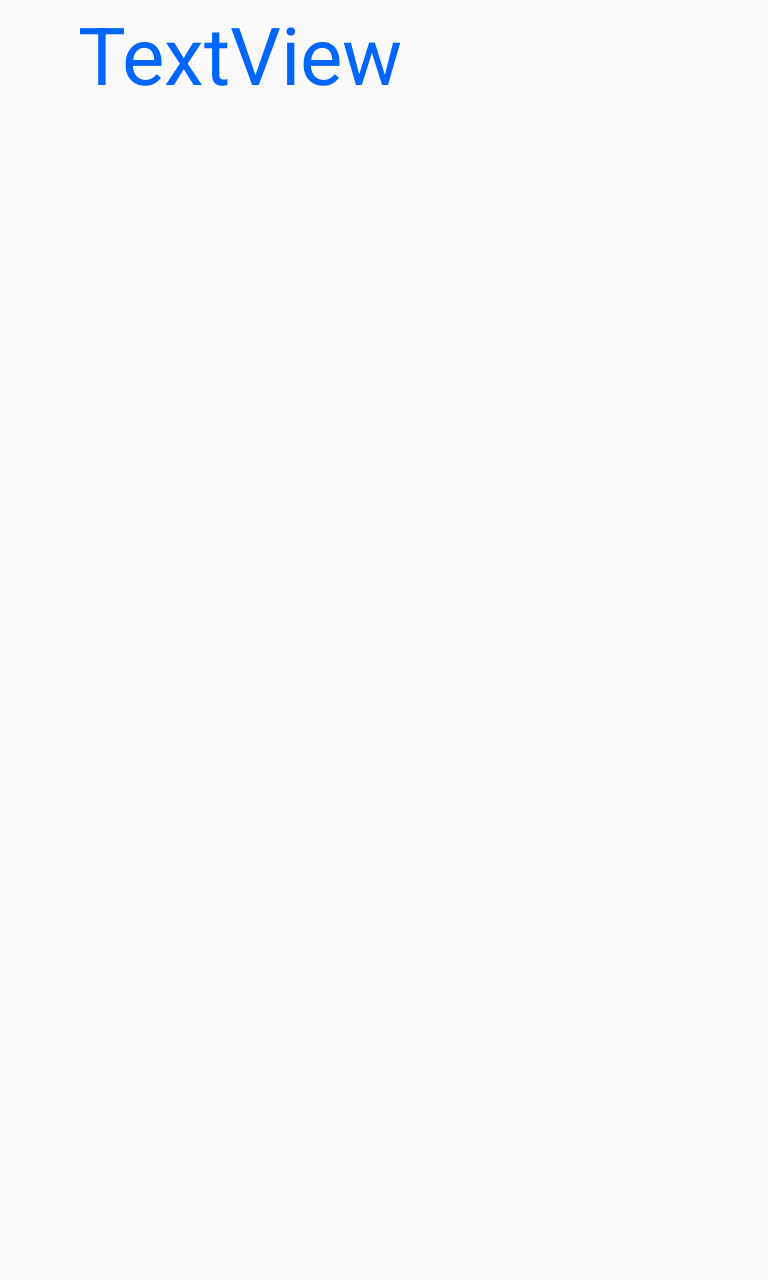
Repository: HelloLZ/WeatherReport
Layout: SunnyWeather/SunnyWeather/res/layout/item_city_list.xml
These files come from the project's save history. The layout is drawn as it stood at one moment and after the next save; the edit follows.
It is drawn on a 768 x 1280 px phone screen (xhdpi) without system bars, with theme AppTheme; the app's code is not run.

Above is the layout before, as saved 2014-11-07 12:44:09.

### SunnyWeather/SunnyWeather/res/layout/item_city_list.xml
<?xml version="1.0" encoding="utf-8"?>
<RelativeLayout xmlns:android="http://schemas.android.com/apk/res/android"
    android:layout_width="match_parent"
    android:layout_height="match_parent" >

    <TextView
        android:id="@+id/textView_mycity"
        android:layout_width="wrap_content"
        android:layout_height="wrap_content"
        android:layout_alignParentLeft="true"
        android:layout_marginLeft="39dp"
        android:text="TextView"
        android:textSize="40sp"
        android:textColor="#0066FF"/>

    <CheckBox
        android:id="@+id/checkbox_delect_mycity"
        android:layout_width="wrap_content"
        android:layout_height="wrap_content"
        android:layout_alignBottom="@+id/textView_mycity"
        android:layout_alignParentRight="true"
        android:layout_marginRight="67dp"
        android:clickable="false"
        android:focusable="false"
        android:visibility="invisible"/>

</RelativeLayout>

Loaded but not shown: SunnyWeather/SunnyWeather/res/values/styles.xml (common file); SunnyWeather/SunnyWeather/res/values-v11/styles.xml (common file); SunnyWeather/SunnyWeather/res/values-v14/styles.xml (common file)

After the next save:
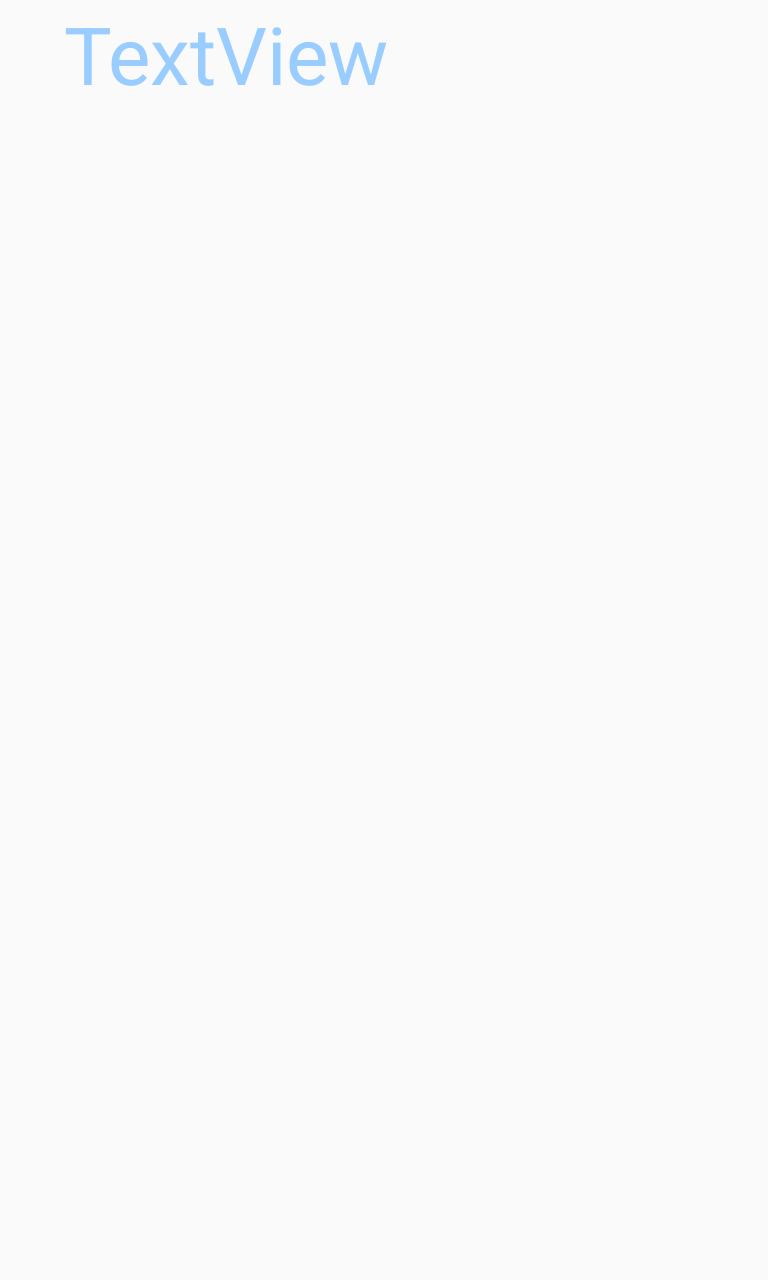
Saved 2 min 52 s later.
--- a/SunnyWeather/SunnyWeather/res/layout/item_city_list.xml
+++ b/SunnyWeather/SunnyWeather/res/layout/item_city_list.xml
@@ -7,21 +7,20 @@
         android:id="@+id/textView_mycity"
         android:layout_width="wrap_content"
         android:layout_height="wrap_content"
-        android:layout_alignParentLeft="true"
-        android:layout_marginLeft="39dp"
+        android:layout_alignParentTop="true"
+        android:layout_toRightOf="@+id/checkbox_delect_mycity"
         android:text="TextView"
-        android:textSize="40sp"
-        android:textColor="#0066FF"/>
+        android:textColor="#99CCFF"
+        android:textSize="40sp" />
 
     <CheckBox
         android:id="@+id/checkbox_delect_mycity"
         android:layout_width="wrap_content"
         android:layout_height="wrap_content"
         android:layout_alignBottom="@+id/textView_mycity"
-        android:layout_alignParentRight="true"
-        android:layout_marginRight="67dp"
+        android:layout_alignParentLeft="true"
         android:clickable="false"
         android:focusable="false"
-        android:visibility="invisible"/>
+        android:visibility="invisible" />
 
 </RelativeLayout>
